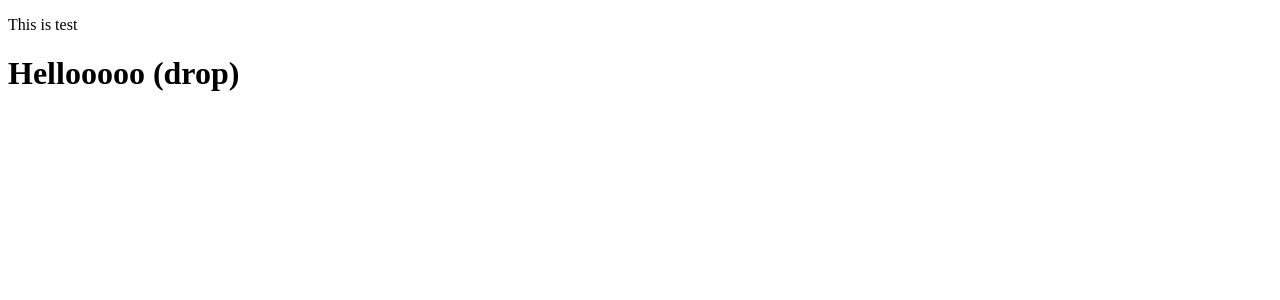
Repository: saparparth/Test-repo
Page: index.html
These files come from the project's save history. The page is drawn as it stood at one moment and after the next save; the edit follows.
The browser window is 1280 px wide. The pictures show the whole page.

Above is the page before, as saved 2023-12-13 15:02:06.

After the next save:
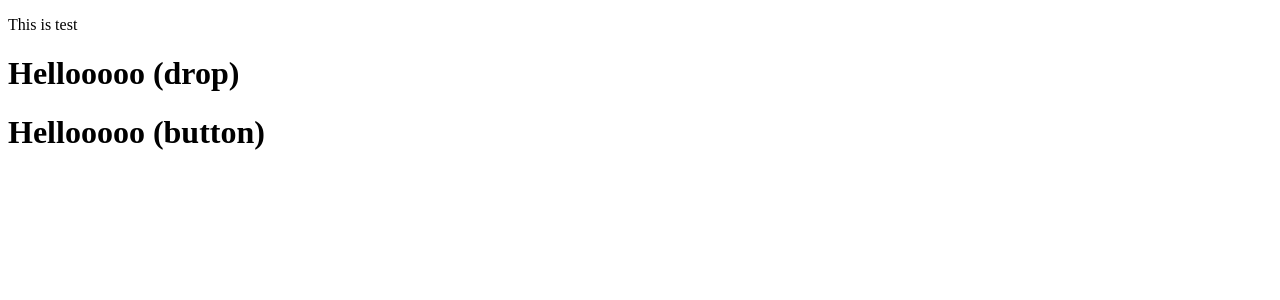
Saved 4 min 26 s later.
--- a/index.html
+++ b/index.html
@@ -8,5 +8,9 @@
 <body>
     <p>This is test
     </p></body>
+
     <h1>Hellooooo (drop)</h1>
+
+    <h1>Hellooooo (button)</h1>
+
 </html>
